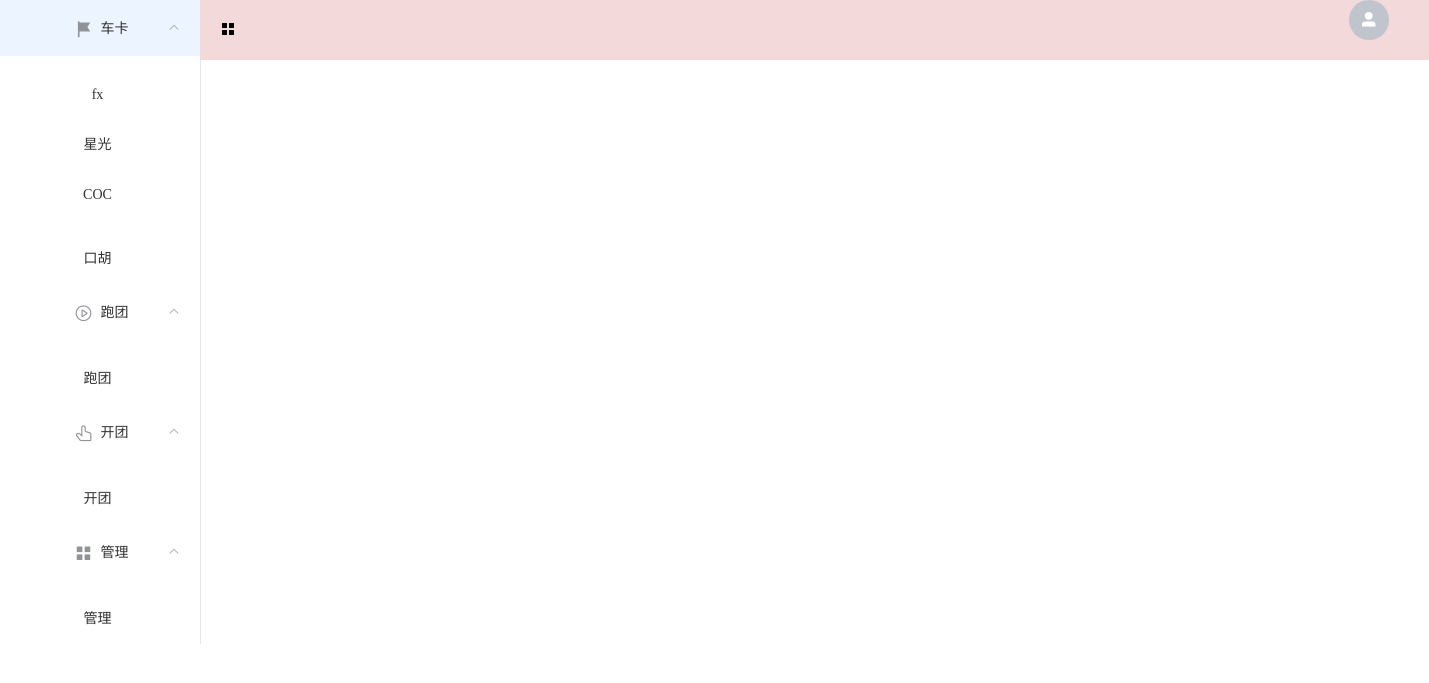
Repository: redlout/ptgkd
Page: /
The author's editor kept a copy of each file at every save. The page is drawn from the files as they stood at one save, then again after the next save.
The browser window is 1280 px wide. The page is 1429 px wide, so the pictures cover 1429 px, including what lies to the right of the window. The pictures show the whole page.
The project was rebuilt for these pictures with package versions that can differ from the ones it lists, and the page was loaded fresh each time. Also part of the build but not shown: src/mock/mock.js, src/views/Login.vue, src/components/SvgIcon/index.vue.

Above is the page before, as saved 2019-09-02 21:35:44.

### index.html
<!DOCTYPE html>
<html>
  <head>
    <meta charset="utf-8">
    <meta name="viewport" content="width=device-width,initial-scale=1.0">
    <title>ptgkd</title>
  </head>
  <body>
    <div id="app"></div>
    <!-- built files will be auto injected -->
  </body>
</html>

<style>
body{
  margin:0;
  padding:0;
}
</style>

### src/main.js
// import '@/styles/index.scss'
// import 'normalize.css/normalize.css'
import Vue from 'vue'
import App from './App'
import router from './router'

import ElementUI from 'element-ui'
import 'element-ui/lib/theme-chalk/index.css'
import api from './http/index'
import './icons'
import store from './store'

Vue.config.productionTip = false
Vue.use(ElementUI);
Vue.use(api);

// Vue.use(api)
/* eslint-disable no-new */
new Vue({
  el: '#app',
  router,
  store,
  render: h => h(App)
})

### src/router/index.js
import Vue from 'vue'
import Router from 'vue-router'
import HelloWorld from '@/views/HelloWorld'
import Login from '@/views/Login'

Vue.use(Router)

const router = new Router({
  routes: [
    {
      path: '/',
      name: 'HelloWorld',
      component: HelloWorld
    },
    {
      path: '/login',
      name: 'Login',
      component: Login
    }
  ]
})

export default router

### src/http/index.js
// 导入所有接口
import apis from './api'

const install = Vue => {
    if (install.installed)
        return;

    install.installed = true;

    Object.defineProperties(Vue.prototype, {
        // 注意，此处挂载在 Vue 原型的 $api 对象上
        $api: {
            get() {
                return apis
            }
        }
    })
}

export default install

### src/icons/index.js
import Vue from 'vue'
import SvgIcon from '@/components/SvgIcon'// svg component

// register globally
Vue.component('svg-icon', SvgIcon)

const req = require.context('./svg', false, /\.svg$/)
const requireAll = requireContext => requireContext.keys().map(requireContext)
requireAll(req)

### src/store/index.js
import Vue from 'vue'
import vuex from 'vuex'

Vue.use(vuex);
import collapse from './modules/collapse.js'
const store = new vuex.Store({
    modules: {
        collapseState: collapse,
        // menu: mymenu
        // 其他
    }
})

export default store

### src/views/HelloWorld.vue
<template>
<div class="container" >
  <el-container style="height: 100%;" direction="vertical">
    <AsideBar></AsideBar>
    <el-container>
      <HeadBar></HeadBar>
      <el-main></el-main>
    </el-container>
  </el-container>
</div>
</template>

<script>
import AsideBar from "../components/AsideBar/index";
import HeadBar from "../components/HeadBar/index";
export default {
  name: "HelloWorld",
  data() {
    return {
      isCollapse: false
    };
  },
  components: {
    AsideBar,
    HeadBar
  },
  methods: {
    logout: function() {
      var _this = this;
      this.$confirm("确认退出吗?", "提示", {
        type: "warning"
      }).then(() => {
        // sessionStorage.removeItem("user");
        this.$router.push("/login");
      });
    }
  }
};
</script>

<style scoped>
  .container {
    position:absolute;
    top: 0px;
    left: 0px;
    right: 0px;
    background: #4b5f6e;
  }
</style>

### src/http/api.js
import axios from './axios'

const login = data =>{
    return axios({
        url: '/login',
        method: 'post',
        data
    })
}

const logout = () =>{
    return axios({

    })
}

export default{
    login,
    logout
}

### src/store/modules/collapse.js
export default {
    state: {
        collapse:false  // 导航栏收缩状态
    },
    getters: {
        collapse(state){// 对应着上面state
            return collapse;
        }
    },
    mutations: {
        collapse(state){  // 改变收缩状态
            state.collapse = !state.collapse;
        }
    },
    actions: {

    }
}

### src/components/AsideBar/index.vue
<template>
  <el-aside width="initial" style="background-color: rgb(238, 241, 246) ">
    <el-menu
      :default-openeds="['1','2','3','4']"
      class="el-menu-vertical-demo"
      :collapse="$store.state.collapseState.collapse"
      @open="handleopen"
      @close="handleclose"
      @select="handleselect"
    >
      <el-submenu index="1">
        <template slot="title">
          <i class="el-icon-s-flag"></i>
          <span slot="title">车卡</span>
        </template>
        <el-menu-item-group>
          <el-menu-item index="1-1">fx</el-menu-item>
          <el-menu-item index="1-2">星光</el-menu-item>
          <el-menu-item index="1-3">COC</el-menu-item>
        </el-menu-item-group>
        <el-menu-item-group>
          <el-menu-item index="1-1">口胡</el-menu-item>
        </el-menu-item-group>
      </el-submenu>
      <el-submenu index="2">
        <template slot="title">
          <i class="el-icon-video-play"></i>
          <span slot="title">跑团</span>
        </template>
        <el-menu-item-group>
          <el-menu-item index="2-1">跑团</el-menu-item>
        </el-menu-item-group>
      </el-submenu>
      <el-submenu index="3">
        <template slot="title">
          <i class="el-icon-thumb"></i>
          <span slot="title">开团</span>
        </template>
        <el-menu-item-group>
          <el-menu-item index="3-1">开团</el-menu-item>
        </el-menu-item-group>
      </el-submenu>
      <el-submenu index="4">
        <template slot="title">
          <i class="el-icon-menu"></i>
          <span slot="title">管理</span>
        </template>
        <el-menu-item-group>
          <el-menu-item index="3-1">管理</el-menu-item>
        </el-menu-item-group>
      </el-submenu>
    </el-menu>
  </el-aside>
</template>


<script>
export default {
  name: "AsideBar",
  data() {
    return {
      isCollapse: false,
      logo: ""
    };
  },
  methods: {
    handleopen() {
      console.log("handleopen");
    },
    handleclose() {
      console.log("handleclose");
    },
    handleselect(a, b) {
      console.log("handleselect");
    }
  }
};
</script>

<style>
.el-aside {
  background-color: #d3dce6;
  color: #333;
  text-align: center;
  line-height: 10px;
  position: absolute;
}
  .el-menu-vertical-demo:not(.el-menu--collapse) {
    width: 200px;
    min-height: 400px;
  }

    .menu-bar-width {
    width: 200px;
  }
  .menu-bar-collapse-width {
    width: 65px;
  }
</style>

### src/components/HeadBar/index.vue
<template>
  <el-header
    :class="$store.state.collapseState.collapse?'menu-bar-collapse-width':'menu-bar-width'"
  >
    <span @click="Oncollapse">
      <i class="el-icon-menu"></i>
    </span>

    <el-dropdown class="user-info-dropdown" trigger="hover">
      <el-avatar icon="el-icon-user-solid"></el-avatar>
      <el-dropdown-menu slot="dropdown">
        <el-dropdown-item>个人信息</el-dropdown-item>
        <el-dropdown-item>管理</el-dropdown-item>
        <el-dropdown-item divided @click="logout">登出</el-dropdown-item>
      </el-dropdown-menu>
    </el-dropdown>
  </el-header>
  <!-- <el-main></el-main> -->
</template>

<script>
export default {
  data() {
    return {
      isCollapse: false
    };
  },
  methods: {
    Oncollapse: function() {
      this.$store.commit("collapse");
    }
  }
};
</script>

<style>
.el-header {
  position: absolute;
  background-color: rgb(243, 217, 217);
  left: 200px;
  right: 0px;
  height: 60px;
  line-height: 60px;
  width: 96%;
}
.collapse-switcher {
  width: 40px;
  float: left;
  cursor: pointer;
  border-color: rgba(111, 123, 131, 0.8);
  border-left-width: 1px;
  border-left-style: solid;
  border-right-width: 1px;
  border-right-style: solid;
  color: white;
  background: #504e6180;
}
.menu-bar-width {
  left: 200px;
}
.menu-bar-collapse-width {
  left: 65px;
}

.user-info-dropdown {
  font-size: 20px;
  padding-right: 20px;
  color: #fff;
  cursor: pointer;
  float: right;
}
</style>

### src/http/axios.js
import axios from 'axios';
import qs from 'qs';
import Cookies from "js-cookie";
import router from "@/router"

export default function $axios(options){
    return new Promise((resolve, reject) => {
      console.log(options)
        const instance = axios.create({
            baseURL: 'http://localhost:8080/',
            headers: {'Content-Type': 'application/json;charset=UTF-8'},
            timeout: '10000',
            transformResponse: [function (data){
            }]
        })
        // request 拦截器
        instance.interceptors.request.use(function(config){
                let token = Cookies.get('token')
                console.log(config)
                if(1){
                    config.headers.accessToken = 111
                }else{
                    //重定向到登陆页面
                    router.push('/login')
                }
                if(config.method === 'post'){
                    if(config.data.__proto__ === FormData.prototype
                        || config.url.endsWith('path')
                        || config.url.endsWith('mark')
                        || config.url.endsWith('patchs')
                        ){
                        }else{
                          config.data = qs.stringify(config.data)
                          console.log(config.data)
                        }
                    }
                    return config
                },
                function (error) {
                // 请求超时
                console.log('request:', error)
                if(error.code === 'ECONNABORTED' && error.message.indexOf('timeout') !== -1){
                    console.log('timeout 请求超时')
                }
                // 重定向到错误页面
                const errorInfo = error.response
                console.log(errorInfo)
                if(errorInfo){
                    error = errorInfo.data
                    const errorStatus = errorInfo.statue; // 404 403 500 ...
                    router.push({
                        path:  `/error/${errorStatus}`
                    })
                }
                return Promise.reject(error)
            }
        )
        console.log(11111111111111)
        instance.interceptors.response.use(function(response){
                let data;
                if(response.data == undefined){
                  data = JSON.parse(response.request.responseText)
                }else{
                    data = response.data
                }

                //根据返回的code 来进行不同的处理
                switch(data.rc){
                    case 1:
                        console.log(data.desc)
                        break;
                    case 0:
                        store.commit('changeState')
                    default:

                }
                return data
            },
            function(err){
              console.log(999999)
                if (err && err.response) {
                    switch (err.response.status) {
                      case 400:
                        err.message = '请求错误'
                        break
                      case 401:
                        err.message = '未授权，请登录'
                        break
                      case 403:
                        err.message = '拒绝访问'
                        break
                      case 404:
                        err.message = `请求地址出错: ${err.response.config.url}`
                        break
                      case 408:
                        err.message = '请求超时'
                        break
                      case 500:
                        err.message = '服务器内部错误'
                        break
                      case 501:
                        err.message = '服务未实现'
                        break
                      case 502:
                        err.message = '网关错误'
                        break
                      case 503:
                        err.message = '服务不可用'
                        break
                      case 504:
                        err.message = '网关超时'
                        break
                      case 505:
                        err.message = 'HTTP版本不受支持'
                        break
                      default:
                    }
                  }
                  console.error(err)
                  return Promise.reject(err)
            }
        )
        //请求处理
        instance(options).then(res => {
          console.log(2222222)
            resolve(res)
            return false
        }).catch(error => {
          console.log(33333)
            reject(error)
        })
        console.log(4444)
    })
}

Loaded but not shown: src/App.vue (common file)

After the next save:
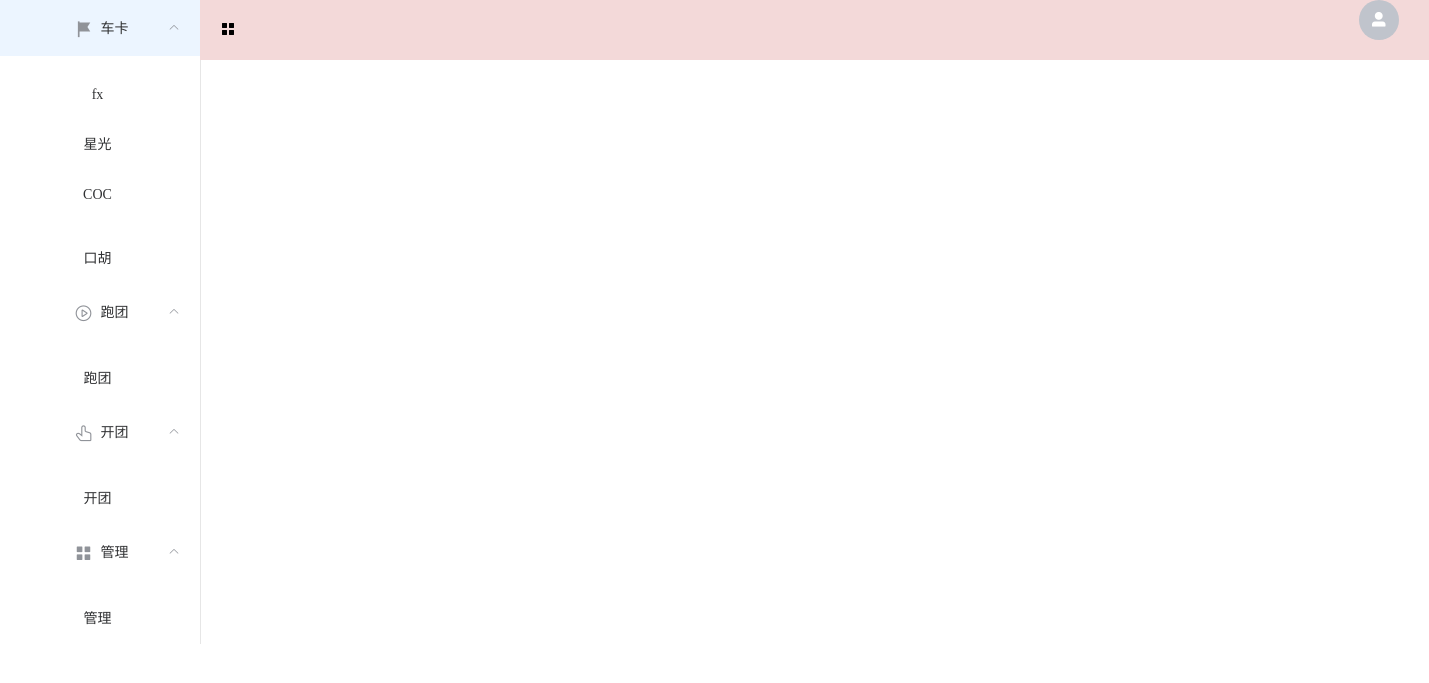
Saved 9 s later.
--- a/src/components/HeadBar/index.vue
+++ b/src/components/HeadBar/index.vue
@@ -64,7 +64,7 @@ export default {
 
 .user-info-dropdown {
   font-size: 20px;
-  padding-right: 20px;
+  padding-right: 10px;
   color: #fff;
   cursor: pointer;
   float: right;
